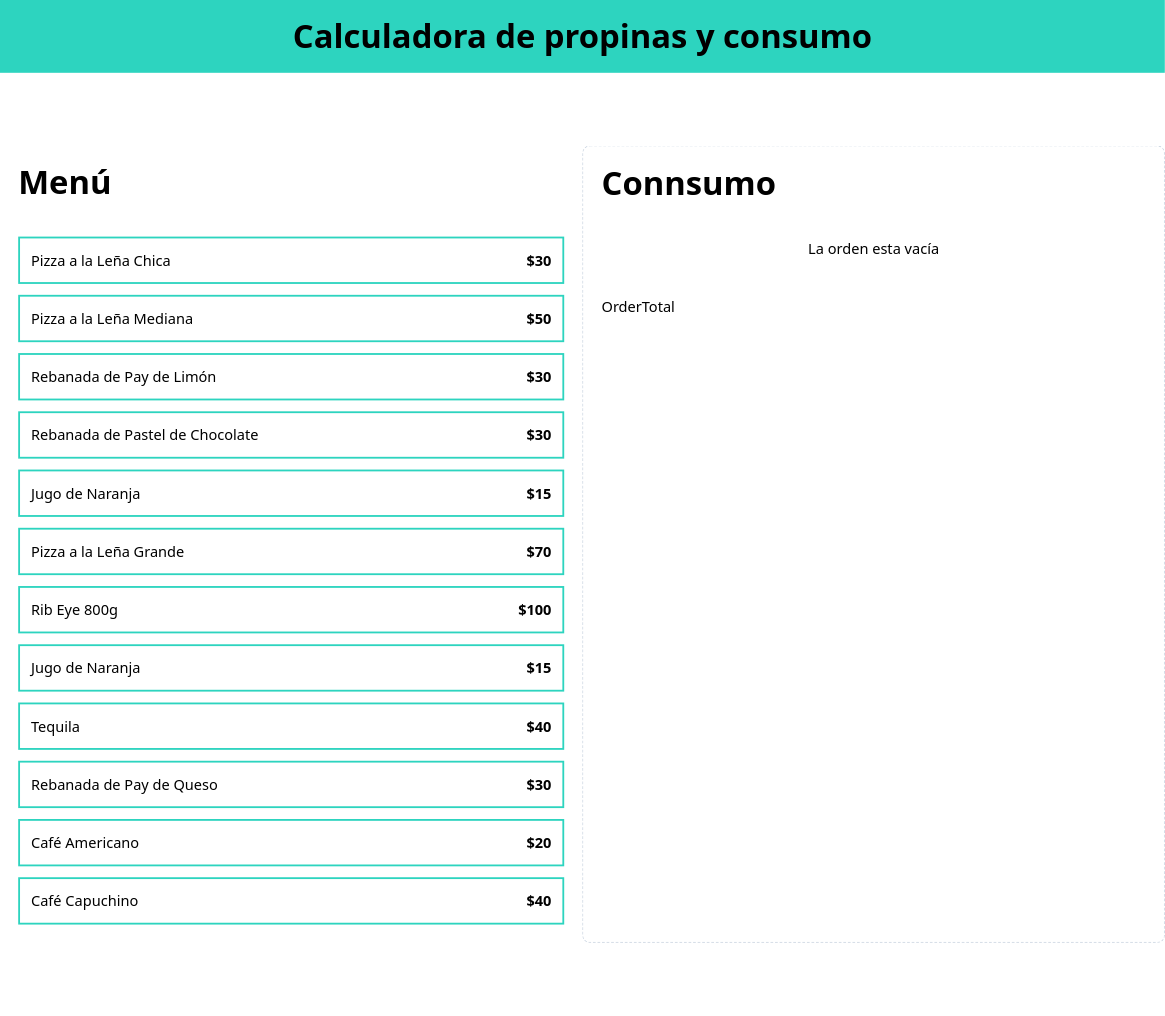
Repository: Samuel-Leal96/calculador_propinas
Page: /
An editor plug-in stored every save of this project. The page is shown before and after the next save, followed by the edit.
The browser window is 1280 px wide. The pictures show the whole page, at 91% of full size.
The project was rebuilt for these pictures with package versions that can differ from the ones it lists, and the page was loaded fresh each time. Also part of the build but not shown: vite.config.ts.

Above is the page before, as saved 2025-10-21 18:11:53.

### index.html
<!doctype html>
<html lang="en">
  <head>
    <meta charset="UTF-8" />
    <link rel="icon" type="image/svg+xml" href="/vite.svg" />
    <meta name="viewport" content="width=device-width, initial-scale=1.0" />
    <title>calculaora_propinas</title>
  </head>
  <body>
    <div id="root"></div>
    <script type="module" src="/src/main.tsx"></script>
  </body>
</html>

### src/App.tsx
import MenuItem from "./components/MenuItem";
import OrderContents from "./components/OrderContents";
import OrderTotal from "./components/OrderTotal";
import { menuItems } from "./data/db";
import useOrder from "./hooks/useOrder";

function App() {

  const { order, addItem, removeItem } = useOrder();

  return (
    <>
      <header className="bg-teal-400 p-5">
        <h1 className="text-center text-4xl font-black">Calculadora de propinas y consumo</h1>
      </header>

      <main className="max-w-7xl mx-auto py-20 grid md:grid-cols-2">
        <div className="p-5">
          <h2 className="text-4xl font-black">Menú</h2>

          <div className="space-y-3 mt-10">
            {menuItems.map((item) => (
              <MenuItem
                key={item.id}
                item={item}
                addItem={addItem}
              />
            ))}
          </div>

        </div>

        <div className="border border-dashed border-slate-300 p-5 rounded-lg space-y-10">
            <OrderContents
              order={order}
              removeItem={removeItem}
            />

            <OrderTotal />
        </div>

      </main>
    </>
  )
}

export default App

### src/components/MenuItem.tsx
import type { MenuItem } from "../types";

type MenuItemProps = {
    item: MenuItem;
    addItem: (item: MenuItem) => void;
}

export default function MenuItem({ item, addItem }: MenuItemProps) {

    return (
        <button
            className="border-2 border-teal-400 hover:bg-teal-200 w-full p-3 flex justify-between items-center"
            onClick={ () => addItem(item) }
        >
            <p>{item.name}</p>
            <p className="font-black">${item.price}</p>
        </button>
    )
}

### src/components/OrderContents.tsx
import { formatCurrency } from "../helpers"
import type { MenuItem, OrderItem } from "../types"

type OrderContentsProps = {
    order: OrderItem[],
    removeItem: (id: MenuItem['id']) => void
}

export default function OrderContents({ order, removeItem }: OrderContentsProps) {
    return (
        <div>
            <h2 className='font-black text-4xl'>Connsumo</h2>

            <div className="space-y-3 mt-10">
                {order.length === 0 ?
                    <p className="text-center">La orden esta vacía</p>
                    : (
                        order.map(item => (
                            <div key={item.id}
                                className="flex justify-between items-center border-t border-gray-200 py-5 last-of-type:border-b"
                            >
                                <div>
                                    <p className="text-lg">
                                        {item.name} - {formatCurrency(item.price)}
                                    </p>
                                    <p className="font-black">
                                        {item.quantity} - {formatCurrency(item.price * item.quantity)}
                                    </p>
                                </div>

                                <button
                                    className="bg-red-800 h-8 w-8 rounded-full text-white font-black"
                                    onClick={() => removeItem(item.id)}
                                > X </button>

                            </div>
                        ))
                    )
                }
            </div>
        </div>
    )
}

### src/components/OrderTotal.tsx

export default function OrderTotal() {
  return (
    <div>OrderTotal</div>
  )
}

### src/data/db.ts
import type { MenuItem } from "../types";

export const menuItems: MenuItem[] = [
    {
      "id": 1,
      "name": "Pizza a la Leña Chica",
      "price": 30
    },
    {
      "id": 2,
      "name": "Pizza a la Leña Mediana",
      "price": 50
    },
    {
      "id": 3,
      "name": "Rebanada de Pay de Limón",
      "price": 30
    },
    {
      "id": 4,
      "name": "Rebanada de Pastel de Chocolate",
      "price": 30
    },
    {
      "id": 5,
      "name": "Jugo de Naranja",
      "price": 15
    },
    {
      "id": 6,
      "name": "Pizza a la Leña Grande",
      "price": 70
    },
    {
      "id": 7,
      "name": "Rib Eye 800g",
      "price": 100
    },
    {
      "id": 8,
      "name": "Jugo de Naranja",
      "price": 15
    },
    {
      "id": 9,
      "name": "Tequila",
      "price": 40
    },
    {
      "id": 10,
      "name": "Rebanada de Pay de Queso",
      "price": 30
    },
    {
      "id": 11,
      "name": "Café Americano",
      "price": 20
    },
    {
      "id": 12,
      "name": "Café Capuchino",
      "price": 40
    }
]

### src/hooks/useOrder.ts
import { useState } from "react";
import type { MenuItem, OrderItem } from "../types";

export default function useOrder() {
    const [order, setOrder] = useState<OrderItem[]>([]);

    const addItem = (item: MenuItem) => {

        const itemExists = order.find((orderItem) => orderItem.id === item.id);

        if(itemExists) {
            const updateOrder = order.map( orderItem => orderItem.id === item.id ?
                 {...orderItem, quantity: orderItem.quantity + 1} : orderItem );
                setOrder(updateOrder);
        }else{
            const newItem = { ...item, quantity: 1 }
            setOrder([...order, newItem]);
        }

    }

    const removeItem = (id: MenuItem['id']) => {
        setOrder(order.filter( item => item.id !== id ))
    }

    return {
        order,
        addItem,
        removeItem
    }
}

### src/helpers/index.ts
export function formatCurrency(quantity: number){
    return new Intl.NumberFormat('en-US', {
        style: 'currency', currency: 'USD'
    }).format(quantity)
}

Loaded but not shown: src/main.tsx (common file); src/index.css (common file); tailwind.config.js (common file)

After the next save:
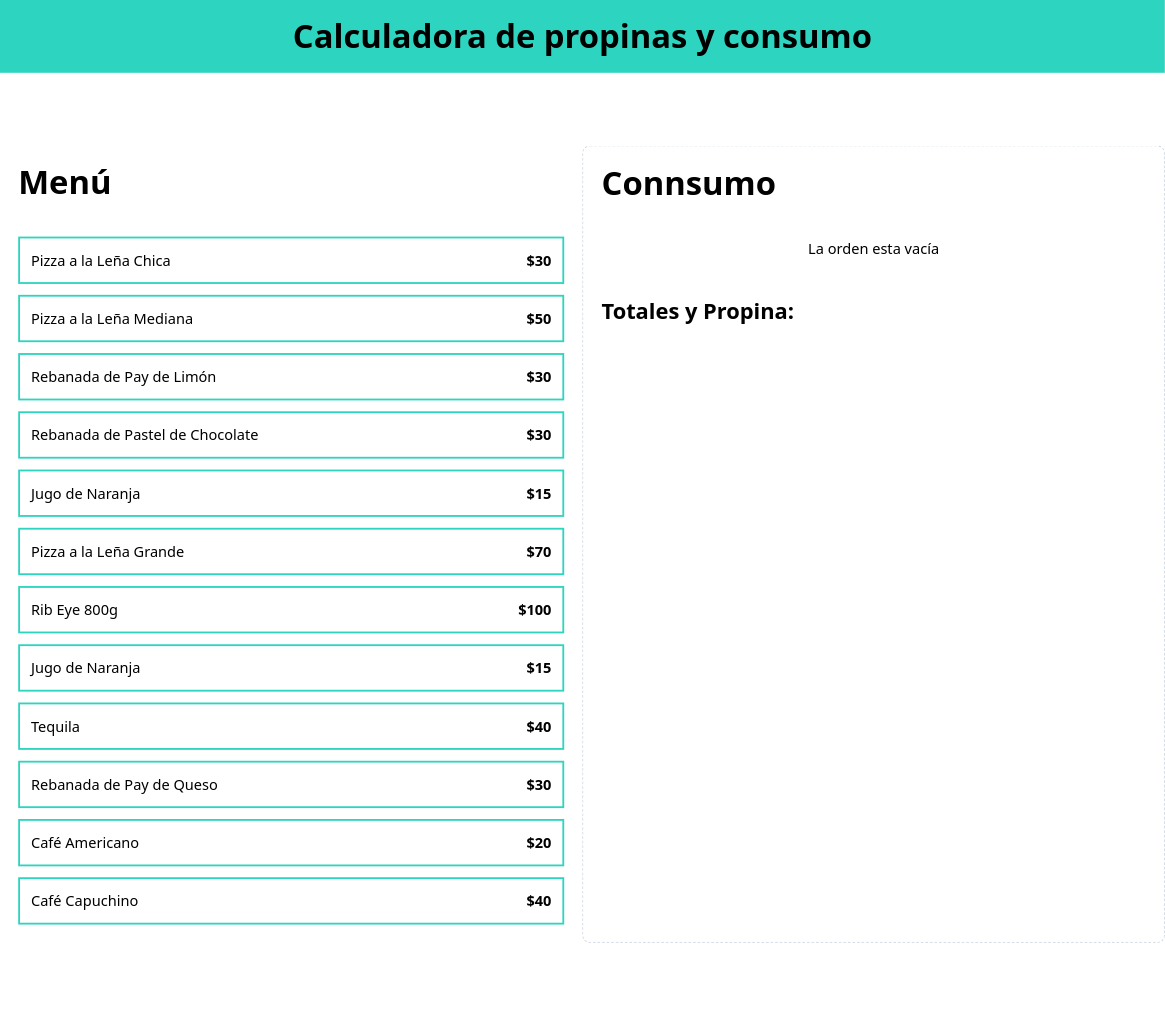
Saved 4 min 2 s later.
--- a/src/components/OrderTotal.tsx
+++ b/src/components/OrderTotal.tsx
@@ -1,6 +1,14 @@
 
 export default function OrderTotal() {
   return (
-    <div>OrderTotal</div>
+    <>
+        <div className="space-y-3">
+            <h2 className="font-black text-2xl">Totales y Propina:</h2>
+        </div>
+
+        <button>
+
+        </button>
+    </>
   )
 }
